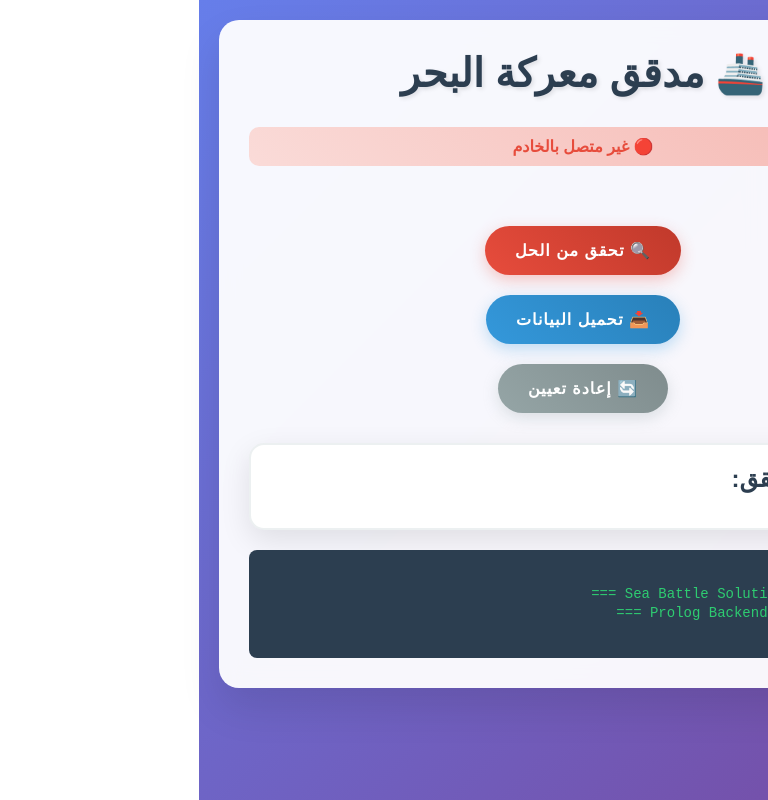
Repository: BORHOMJKJ0/SeaBattle
Page: static/index.html
The author's editor kept a copy of each file at every save. The page is drawn from the files as they stood at one save, then again after the next save.
The browser window is 768 px wide. The pictures show the whole page.

Above is the page before, as saved 2025-07-15 13:48:43.
Console error: SyntaxError: Identifier 'SERVER_URL' has already been declared

### static/index.html
<!DOCTYPE html>
<html lang="ar" dir="rtl">
<head>
    <meta charset="UTF-8" />
    <meta name="viewport" content="width=device-width, initial-scale=1" />
    <title>مدقق معركة البحر</title>
    <link rel="stylesheet" href="static/styles.css" />
</head>
<body>
    <div class="container">
        <h1>🚢 مدقق معركة البحر</h1>

        <div id="server-status" class="server-status offline">
            🔴 غير متصل بالخادم
        </div>

        <div class="game-board">
            <div class="requirements-top" id="requirements-top"></div>

            <div class="board-rows" id="board-rows">
            </div>
        </div>

        <div class="controls">
            <button class="btn check-btn" id="check-btn">🔍 تحقق من الحل</button>
            <button class="btn load-btn" id="load-btn">📥 تحميل البيانات</button>
            <button class="btn reset-btn" id="reset-btn">🔄 إعادة تعيين</button>
        </div>

        <div class="loading" id="loading">
            <div class="spinner"></div>
            <p>جاري التحقق من الحل...</p>
        </div>

        <div class="results" id="results">
            <h3>📊 نتائج التحقق:</h3>
            <div id="log"></div>
        </div>

        <div class="console-output" id="console">
=== Sea Battle Solution Validator ===
=== Prolog Backend Integration ===
        </div>
    </div>

    <script src="static/script.js" defer ></script>
</body>
</html>

### static/styles.css
* {
  margin: 0;
  padding: 0;
  box-sizing: border-box;
}

body {
  font-family: "Arial", sans-serif;
  background: linear-gradient(135deg, #667eea 0%, #764ba2 100%);
  min-height: 100vh;
  padding: 20px;
  color: #333;
}

.container {
  max-width: 1000px;
  margin-left: auto;
  margin-right: auto;
  background-color: rgba(255, 255, 255, 0.95);
  border-radius: 20px;
  padding: 30px;
  box-shadow: 0 20px 40px rgba(0, 0, 0, 0.1);
  -webkit-backdrop-filter: blur(10px);
    backdrop-filter: blur(10px);
}

h1 {
  text-align: center;
  color: #2c3e50;
  margin-bottom: 30px;
  font-size: 2.5em;
  text-shadow: 2px 2px 4px rgba(0, 0, 0, 0.1);
}

.server-status {
  display: flex;
  justify-content: center;
  align-items: center;
  margin-bottom: 20px;
  padding: 10px;
  border-radius: 10px;
  font-weight: bold;
}

.server-status.online {
  background: linear-gradient(45deg, #d5f4e6, #c8e6c9);
  color: #27ae60;
}

.server-status.offline {
  background: linear-gradient(45deg, #fadbd8, #f5b7b1);
  color: #e74c3c;
}

.game-board {
  display: flex;
  flex-direction: column;
  align-items: center;
  margin-bottom: 30px;
}

.requirements-top {
  display: grid;
  gap: 2px;
  margin-bottom: 10px;
}

.req-cell {
  width: 60px;
  height: 40px;
  display: flex;
  align-items: center;
  justify-content: center;
  font-weight: bold;
  font-size: 18px;
  color: #2c3e50;
  background: linear-gradient(45deg, #f39c12, #e67e22);
  border-radius: 8px;
  box-shadow: 0 2px 5px rgba(0, 0, 0, 0.2);
}

.board-row {
  display: flex;
  align-items: center;
  margin: 2px 0;
}

.row-req {
  width: 60px;
  height: 60px;
  display: flex;
  align-items: center;
  justify-content: center;
  font-weight: bold;
  font-size: 18px;
  color: white;
  background: linear-gradient(45deg, #3498db, #2980b9);
  border-radius: 8px;
  margin-left: 10px;
  box-shadow: 0 2px 5px rgba(0, 0, 0, 0.2);
}

.grid {
  display: grid;
  gap: 2px;
  border: 3px solid #34495e;
  border-radius: 10px;
  padding: 5px;
  background: #34495e;
}

.cell {
  width: 60px;
  height: 60px;
  display: flex;
  align-items: center;
  justify-content: center;
  font-size: 28px;
  font-weight: 700;
  border-radius: 5px;
  position: relative;
  -webkit-user-select: none;
  -moz-user-select: none;
  -ms-user-select: none;
  user-select: none;
  cursor: default;
  box-sizing: border-box;
}

.sea {
  background: linear-gradient(45deg, #3498db, #2980b9);
  color: white;
  text-shadow: 1px 1px 2px rgba(0, 0, 0, 0.3);
}

.ship {
  background: linear-gradient(45deg, #27ae60, #2ecc71);
  color: white;
  text-shadow: 1px 1px 2px rgba(0, 0, 0, 0.3);
}

.invalid {
  background: linear-gradient(45deg, #e74c3c, #c0392b) !important;
  animation: shake 0.5s ease-in-out;
}

@keyframes shake {
  0%,
  100% {
    transform: translateX(0);
  }
  25% {
    transform: translateX(-5px);
  }
  75% {
    transform: translateX(5px);
  }
}

.controls {
  display: flex;
  justify-content: center;
  gap: 20px;
  margin-bottom: 30px;
  flex-wrap: wrap;
}

.btn {
  border: none;
  padding: 15px 30px;
  font-size: 16px;
  font-weight: bold;
  border-radius: 50px;
  cursor: pointer;
  transition: all 0.3s ease;
  text-transform: uppercase;
  letter-spacing: 1px;
  min-width: 150px;
}

.check-btn {
  background: linear-gradient(45deg, #e74c3c, #c0392b);
  color: white;
  box-shadow: 0 5px 15px rgba(231, 76, 60, 0.3);
}

.check-btn:hover {
  transform: translateY(-2px);
  box-shadow: 0 8px 25px rgba(231, 76, 60, 0.4);
}

.load-btn {
  background: linear-gradient(45deg, #3498db, #2980b9);
  color: white;
  box-shadow: 0 5px 15px rgba(52, 152, 219, 0.3);
}

.load-btn:hover {
  transform: translateY(-2px);
  box-shadow: 0 8px 25px rgba(52, 152, 219, 0.4);
}

.reset-btn {
  background: linear-gradient(45deg, #95a5a6, #7f8c8d);
  color: white;
  box-shadow: 0 5px 15px rgba(149, 165, 166, 0.3);
}

.reset-btn:hover {
  transform: translateY(-2px);
  box-shadow: 0 8px 25px rgba(149, 165, 166, 0.4);
}

.btn:active {
  transform: translateY(0);
}

.btn:disabled {
  opacity: 0.6;
  cursor: not-allowed;
  transform: none !important;
}

.loading {
  display: none;
  text-align: center;
  padding: 20px;
}

.spinner {
  width: 40px;
  height: 40px;
  border: 4px solid #f3f3f3;
  border-top: 4px solid #3498db;
  border-radius: 50%;
  animation: spin 1s linear infinite;
  margin: 0 auto 10px;
}

@keyframes spin {
  0% {
    transform: rotate(0deg);
  }
  100% {
    transform: rotate(360deg);
  }
}

.results {
  background: white;
  border-radius: 15px;
  padding: 20px;
  box-shadow: 0 10px 30px rgba(0, 0, 0, 0.1);
  max-height: 400px;
  overflow-y: auto;
  border: 2px solid #ecf0f1;
  margin-top: 20px;
}

.results h3 {
  color: #2c3e50;
  margin-bottom: 15px;
  font-size: 1.5em;
}

.log-entry {
  padding: 10px;
  margin: 5px 0;
  border-radius: 8px;
  font-weight: bold;
  animation: fadeIn 0.5s ease-in-out;
}

.log-entry.success {
  background: linear-gradient(45deg, #d5f4e6, #c8e6c9);
  color: #27ae60;
  border-left: 4px solid #27ae60;
}

.log-entry.error {
  background: linear-gradient(45deg, #fadbd8, #f5b7b1);
  color: #e74c3c;
  border-left: 4px solid #e74c3c;
}

.log-entry.warning {
  background: linear-gradient(45deg, #fef9e7, #fcf4a3);
  color: #f39c12;
  border-left: 4px solid #f39c12;
}

.log-entry.info {
  background: linear-gradient(45deg, #d6eaf8, #aed6f1);
  color: #3498db;
  border-left: 4px solid #3498db;
}

@keyframes fadeIn {
  from {
    opacity: 0;
    transform: translateY(10px);
  }
  to {
    opacity: 1;
    transform: translateY(0);
  }
}

.console-output {
  background: #2c3e50;
  color: #2ecc71;
  padding: 15px;
  border-radius: 8px;
  font-family: "Courier New", monospace;
  font-size: 14px;
  margin-top: 20px;
  max-height: 250px;
  overflow-y: auto;
  white-space: pre-wrap;
  line-height: 1.4;
}

@media (max-width: 768px) {
  .game-board {
    width: 100%;
    overflow-x: auto;
  }
  .controls {
    flex-direction: column;
    align-items: center;
  }
}

Loaded but not shown: static/script.js (984 lines, source omitted)

After the next save:
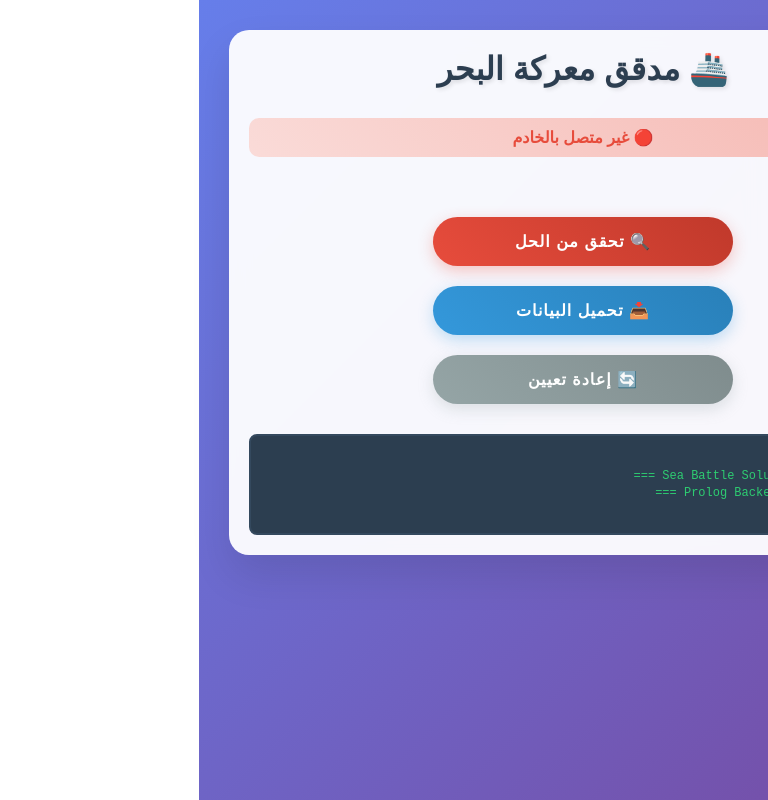
Saved 3 h 34 min later.
--- a/static/styles.css
+++ b/static/styles.css
@@ -63,6 +63,13 @@
   display: grid;
   gap: 2px;
   margin-bottom: 10px;
+  align-items: center;
+}
+
+.req-cell-empty {
+  width: 60px;
+  height: 40px;
+  background: transparent;
 }
 
 .req-cell {
@@ -123,8 +130,18 @@
   -moz-user-select: none;
   -ms-user-select: none;
   user-select: none;
-  cursor: default;
+  cursor: pointer;
   box-sizing: border-box;
+  transition: all 0.2s ease;
+}
+
+.cell:hover {
+  transform: scale(1.05);
+  box-shadow: 0 4px 8px rgba(0, 0, 0, 0.3);
+}
+
+.cell:active {
+  transform: scale(0.95);
 }
 
 .sea {
@@ -255,20 +272,25 @@
   overflow-y: auto;
   border: 2px solid #ecf0f1;
   margin-top: 20px;
+  display: none;
 }
 
 .results h3 {
   color: #2c3e50;
   margin-bottom: 15px;
   font-size: 1.5em;
+  border-bottom: 2px solid #ecf0f1;
+  padding-bottom: 10px;
 }
 
 .log-entry {
-  padding: 10px;
-  margin: 5px 0;
+  padding: 12px;
+  margin: 8px 0;
   border-radius: 8px;
   font-weight: bold;
   animation: fadeIn 0.5s ease-in-out;
+  font-size: 14px;
+  line-height: 1.4;
 }
 
 .log-entry.success {
@@ -312,21 +334,81 @@
   padding: 15px;
   border-radius: 8px;
   font-family: "Courier New", monospace;
-  font-size: 14px;
+  font-size: 12px;
   margin-top: 20px;
-  max-height: 250px;
+  max-height: 300px;
   overflow-y: auto;
   white-space: pre-wrap;
   line-height: 1.4;
-}
-
+  border: 2px solid #34495e;
+}
+
+.console-output::-webkit-scrollbar {
+  width: 8px;
+}
+
+.console-output::-webkit-scrollbar-track {
+  background: #34495e;
+}
+
+.console-output::-webkit-scrollbar-thumb {
+  background: #2ecc71;
+  border-radius: 4px;
+}
+
+.console-output::-webkit-scrollbar-thumb:hover {
+  background: #27ae60;
+}
+
+/* تحسينات للأجهزة المحمولة */
 @media (max-width: 768px) {
+  .container {
+    padding: 20px;
+    margin: 10px;
+  }
+
+  h1 {
+    font-size: 2em;
+  }
+
   .game-board {
     width: 100%;
     overflow-x: auto;
   }
+
   .controls {
     flex-direction: column;
     align-items: center;
   }
-}
+
+  .btn {
+    width: 100%;
+    max-width: 300px;
+  }
+
+  .cell {
+    width: 50px;
+    height: 50px;
+    font-size: 24px;
+  }
+
+  .req-cell,
+  .req-cell-empty {
+    width: 50px;
+    height: 35px;
+  }
+
+  .row-req {
+    width: 50px;
+    height: 50px;
+    font-size: 16px;
+  }
+
+  .grid {
+    grid-template-columns: repeat(auto-fit, 50px) !important;
+  }
+
+  .requirements-top {
+    grid-template-columns: 50px repeat(auto-fit, 50px) !important;
+  }
+}
